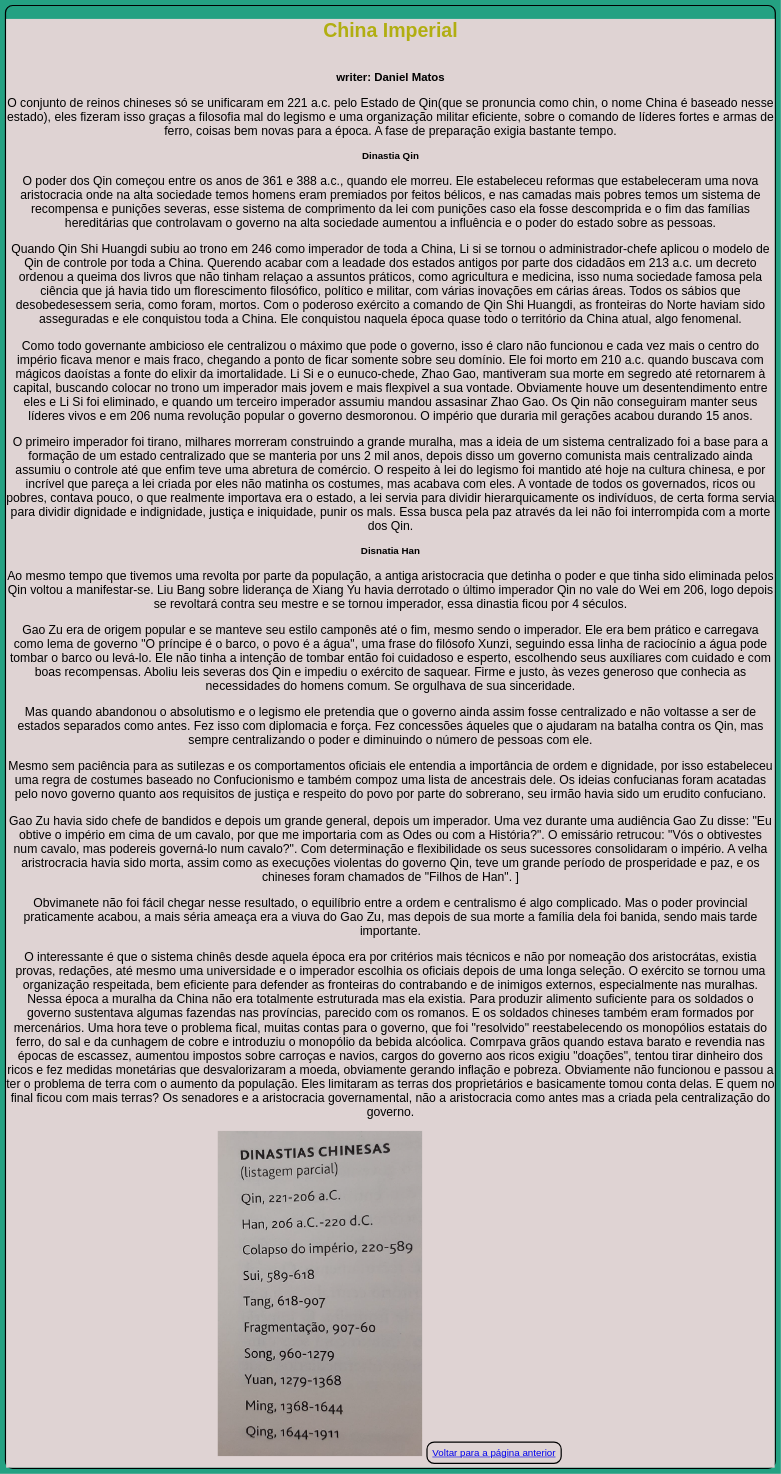
Repository: batmit/FutureFundation.github.io-1
Page: menu/articles/history/ancient/china/china.html
An editor plug-in stored every save of this project. The page is shown before and after the next save, followed by the edit.
The browser window is 1280 px wide. The pictures show the whole page, at 61% of full size.

Above is the page before, as saved 2021-09-26 15:03:48.

After the next save:
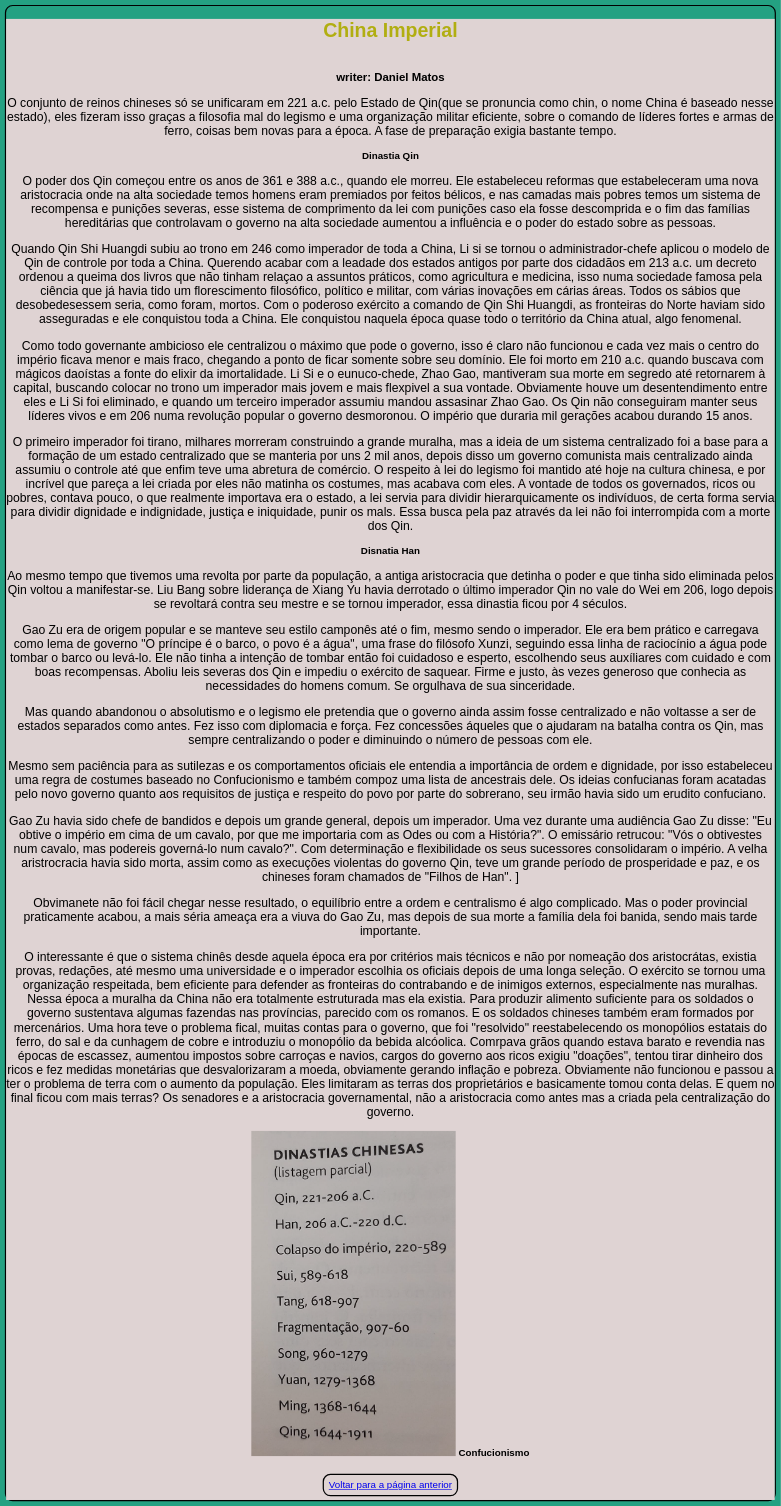
Saved 24 s later.
--- a/menu/articles/history/ancient/china/china.html
+++ b/menu/articles/history/ancient/china/china.html
@@ -40,6 +40,9 @@
         <img src="/images/dinastias_chinesas.PNG" alt="dinastias chinesas">
 
 
+        <strong>Confucionismo</strong>
+        <p></p>
+
         <a href="/menu/articles/history/history.html">Voltar para a página anterior</a>
     </div>
 </body>
